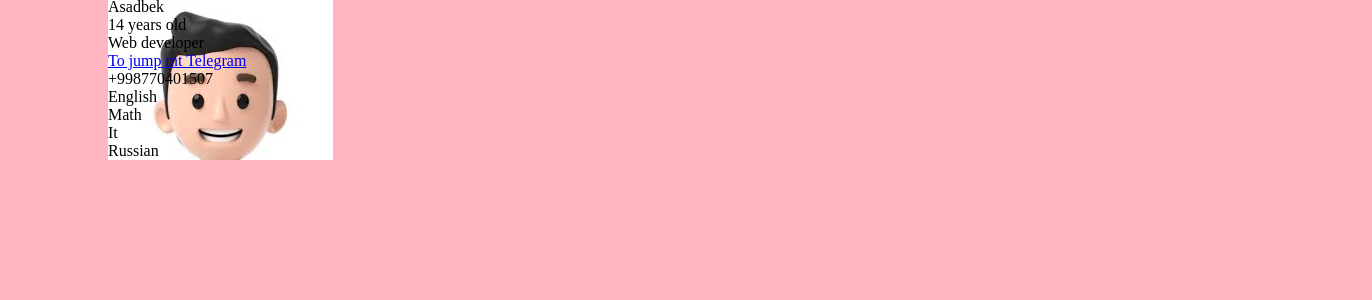
Repository: KHANas02/live-stream
Page: contact.html
These files come from the project's save history. The page is drawn as it stood at one moment and after the next save; the edit follows.
The browser window is 1280 px wide. The page is 1372 px wide, so the pictures cover 1372 px, including what lies to the right of the window. The pictures show the whole page.

Above is the page before, as saved 2024-03-25 07:38:08.

### contact.html
<!DOCTYPE html>
<html lang="en">
<head>
    <meta charset="UTF-8">
    <meta name="viewport" content="width=device-width, initial-scale=1.0">
    <title>Contact with us</title>
    <link rel="stylesheet" href="./index.html">
</head>
<style>
    body{
        background-color: lightpink;
    }
    .text{
        background-image:url(data:[embedded picture, 5823 characters]);
       /* border-top-left-radius:20px;
       border-top-right-radius:60px;
       border-bottom-left-radius:80px;
       border-bottom-right-radius:40px;
       background-repeat:no-repeat;
       width: 50px;
       height: 50px; */
       position: relative;
        left: 100px;
        bottom: 10px;
        background-repeat: no-repeat;
    }

    </style>
<body>
    <div class="container">
  <div class="contact-card">
    <div class="avatar"></div>
    <div class="text"></div>
  </div>
  <div class="text">Asadbek <br>
14 years old <br>
Web developer <br>
<a href=" https://t.me/wzb_02">To jump mt Telegram</a> <br>
+998770401507 <br>
English <br>
Math <br>
It <br>
Russian <br>

    </div>


</div>
  <div class="contact-card">
    <div class="avatar"></div>
    <div class="text"></div>
  </div>
  <div id="magnifying-glass">
    <div id="glass"></div>
    <div id="handle">
       </div>
</body>
</html>

### index.html
<!DOCTYPE html>
<html lang="en">
  <head>
    <meta charset="UTF-8" />
    <head name="viewport" content="width=device-width, initial-scale=1.0">
      <title>Englify Live_stream</title>
      <link rel="stylesheet" href="./style.css" />
    </head>
    <style>
      .div1Img {
        font-size: 70px;
        font-family: serif;
        font-weight: 100;
        color: rgb(255, 0, 157);
        position: relative;
        left: 25px;
        top: 70px;
      }
      .div2 {
        font-size: 70px;
        font-family: serif;
        font-weight: 100;
        color: rgb(255, 0, 157);
        position: relative;
        left: 25px;
        top: 70px;
      }
      .div3 {
        font-size: 70px;
        font-family: serif;
        font-weight: 100;
        color: rgb(255, 0, 157);
        position: relative;
        left: 25px;
        top: 450px;
      }
    </style>
    <html>
      <body>
        <div class="div1">
          <div class="div1Img">JOIN TO OUR LIVE STREAM</div>
        </div>
        <div class="div2">
          Todat at 21:00 <br />
          Only with coffee
        </div>
        <div class="div3">
          Our on the telegram
          <br />
          @englify_asp <br />
          And join to us
        </div>
        <div class="hamburger-menu">
          <input id="menu__toggle" type="checkbox" />
          <label class="menu__btn" for="menu__toggle">
            <span></span>
          </label>

          <ul class="menu__box">
            <li><a class="menu__item" href="index.html">Главная</a></li>
            <li>
              <a class="menu__item" href="speaking.html"
                >Speaking полезная функция</a
              >
            </li>
            <li><a class="menu__item" href="group.html">участники прямой трансляции</a></li>
            <li><a class="menu__item" href="#">Блог</a></li>
            <li><a class="menu__item" href="contact.html">Контакты</a></li>
          </ul>
        </div>
      </body>
    </html>
  </head>
</html>

After the next save:
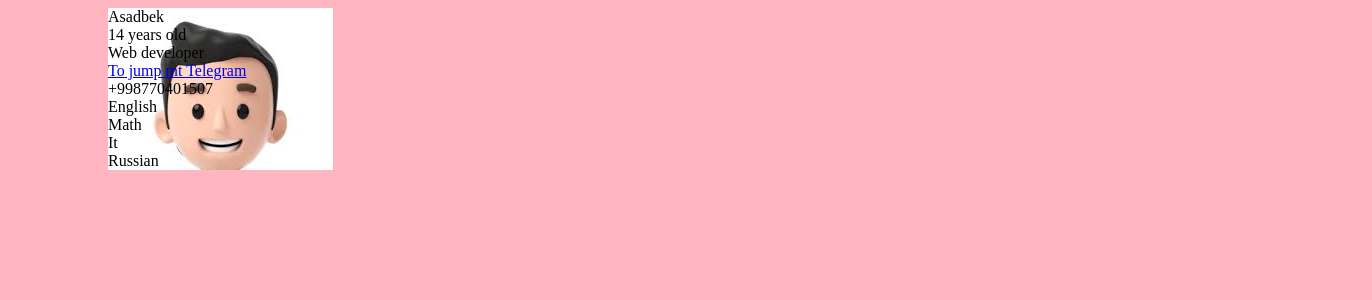
Saved 9 s later.
--- a/contact.html
+++ b/contact.html
@@ -21,7 +21,7 @@
        height: 50px; */
        position: relative;
         left: 100px;
-        bottom: 10px;
+        bottom: ;
         background-repeat: no-repeat;
     }
 
